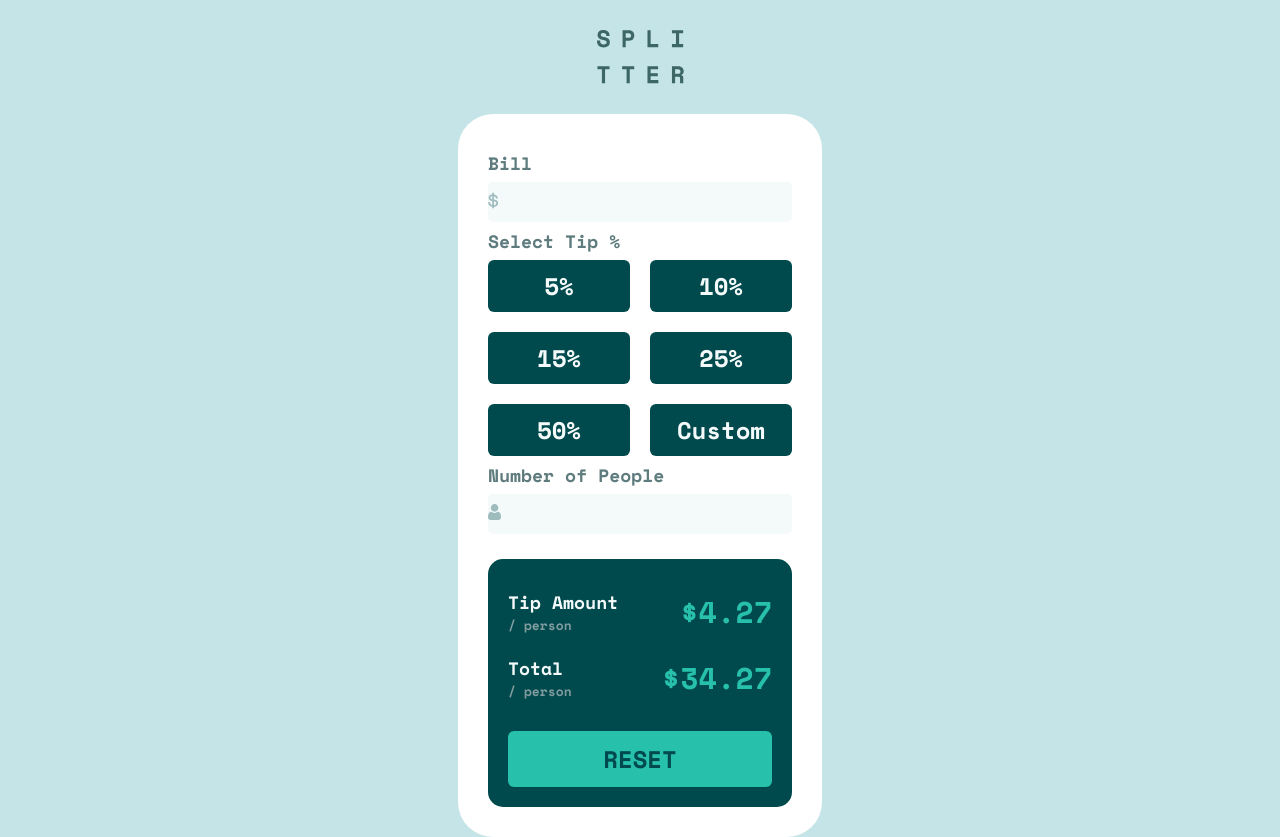
Repository: tomas938/tipcalculator
Page: /
These files come from the project's save history. The page is drawn as it stood at one moment and after the next save; the edit follows.
The browser window is 1280 px wide. The pictures show the whole page.
The project was rebuilt for these pictures with package versions that can differ from the ones it lists, and the page was loaded fresh each time.

Above is the page before, as saved 2021-08-04 10:46:30.

### public/index.html
<!DOCTYPE html>
<html lang="">
	<head>
		<meta charset="utf-8" />
		<meta http-equiv="X-UA-Compatible" content="IE=edge" />
		<meta name="viewport" content="width=device-width,initial-scale=1.0" />
		<link rel="icon" href="<%= BASE_URL %>favicon.ico" />
		<link
			href="https://fonts.googleapis.com/icon?family=Material+Icons"
			rel="stylesheet"
		/>
		<title><%= htmlWebpackPlugin.options.title %></title>
	</head>
	<body>
		<noscript>
			<strong
				>We're sorry but <%= htmlWebpackPlugin.options.title %> doesn't work
				properly without JavaScript enabled. Please enable it to
				continue.</strong
			>
		</noscript>
		<div id="app"></div>
		<!-- built files will be auto injected -->
	</body>
</html>

### src/App.vue
<template>
	<router-view />
</template>

<style lang="scss">
@import url("https://fonts.googleapis.com/css2?family=Space+Mono:wght@400;700&display=swap");
$strong-cyan: hsl(172, 67%, 45%);
$dark-cyan: hsl(186, 14%, 43%);
$grayish-cyan: hsl(184, 14%, 43%);
$lower-grayish-cyan: hsl(184, 14%, 56%);
$light-grayish-cyan: hsl(185, 41%, 84%);
$lighter-grayish-cyan: hsl(189, 41%, 97%);
$white: hsl(0, 0%, 100%);
* {
	margin: 0;
	padding: 0;
	box-sizing: border-box;
	font-family: "Space Mono", monospace;
	font-size: 2.4rem;
}
body {
	background-color: hsl(185, 41%, 84%);
}
html {
	font-size: 62.5%;
	@media only screen and (max-width: 760px) {
		font-size: 130.5%;
	}
}
</style>

### src/views/Home.vue
<template>
	<div class="logo">
		<splitter></splitter>
	</div>
</template>

<script>
import Splitter from "../components/Splitter.vue";
export default {
	name: "Home",
	components: {
		Splitter,
	},
};
</script>
<style lang="scss" scoped></style>

### src/components/Splitter.vue
<template>
	<div class="splitter">
		<svg xmlns="http://www.w3.org/2000/svg" width="87" height="54">
			<path
				fill="#3D6666"
				d="M6.72 17.472c.944 0 1.792-.12 2.544-.36s1.392-.584 1.92-1.032a4.476 4.476 0 001.212-1.62c.28-.632.42-1.34.42-2.124v-.288c0-1.472-.464-2.584-1.392-3.336-.928-.752-2.272-1.288-4.032-1.608a14.615 14.615 0 01-1.74-.408c-.456-.144-.824-.308-1.104-.492-.28-.184-.476-.392-.588-.624a1.771 1.771 0 01-.168-.78c0-.56.232-1.004.696-1.332.464-.328 1.096-.492 1.896-.492.944 0 1.676.248 2.196.744.52.496.78 1.08.78 1.752v.576h3.168v-.864a5 5 0 00-.396-1.968 4.762 4.762 0 00-1.176-1.656C10.436 1.08 9.792.7 9.024.42 8.256.14 7.376 0 6.384 0c-.88 0-1.676.12-2.388.36s-1.32.576-1.824 1.008c-.504.432-.896.94-1.176 1.524-.28.584-.42 1.22-.42 1.908v.144c0 .832.144 1.536.432 2.112a3.978 3.978 0 001.212 1.44c.52.384 1.132.692 1.836.924.704.232 1.48.42 2.328.564.64.112 1.168.248 1.584.408.416.16.744.34.984.54s.408.424.504.672c.096.248.144.508.144.78 0 .576-.232 1.072-.696 1.488-.464.416-1.176.624-2.136.624-1.232 0-2.14-.3-2.724-.9-.584-.6-.876-1.404-.876-2.412v-.576H0v.72c0 .88.144 1.692.432 2.436a5.47 5.47 0 001.272 1.944c.56.552 1.26.984 2.1 1.296.84.312 1.812.468 2.916.468zm22-.336V10.8h3.408c.864 0 1.616-.144 2.256-.432a4.707 4.707 0 001.596-1.14 4.833 4.833 0 00.96-1.608c.216-.6.324-1.212.324-1.836v-.576c0-.608-.108-1.204-.324-1.788a4.625 4.625 0 00-.96-1.56A4.737 4.737 0 0034.384.756c-.64-.28-1.392-.42-2.256-.42h-6.576v16.8h3.168zm3.096-9.36H28.72V3.36h3.096c.704 0 1.26.192 1.668.576.408.384.612.88.612 1.488v.288c0 .608-.204 1.104-.612 1.488-.408.384-.964.576-1.668.576zm29.464 9.36v-3.024h-7.632V.336H50.48v16.8h10.8zm24.88 0v-3.024h-4.032V3.36h4.032V.336H74.928V3.36h4.032v10.752h-4.032v3.024H86.16zm-78.096 36V39.36h4.464v-3.024H.432v3.024h4.464v13.776h3.168zm24.688 0V39.36h4.464v-3.024H25.12v3.024h4.464v13.776h3.168zm28.624 0v-3.024h-7.728v-3.888H60.8V43.2h-7.152v-3.84h7.44v-3.024H50.48v16.8h10.896zm16.744 0V46.8h3.648c.464 0 .796.12.996.36.2.24.3.552.3.936v5.04h3.168v-5.808c0-.56-.164-1.024-.492-1.392-.328-.368-.772-.584-1.332-.648v-.432c.768-.32 1.336-.78 1.704-1.38a3.63 3.63 0 00.552-1.932v-.576c0-.64-.116-1.24-.348-1.8a4.332 4.332 0 00-1.008-1.476c-.44-.424-.988-.756-1.644-.996-.656-.24-1.416-.36-2.28-.36h-6.432v16.8h3.168zm3.024-9.36H78.12V39.36h3.024c.768 0 1.352.204 1.752.612.4.408.6.892.6 1.452v.288c0 .656-.2 1.164-.6 1.524-.4.36-.984.54-1.752.54z"
			/>
		</svg>
		<div class="calculator">
			<h3>Bill</h3>
			<div class="people">
				<input type="text" />
				<svg xmlns="http://www.w3.org/2000/svg" width="11" height="17">
					<path
						fill="#9EBBBD"
						d="M6.016 16.328v-1.464c1.232-.08 2.22-.444 2.964-1.092.744-.648 1.116-1.508 1.116-2.58v-.144c0-.992-.348-1.772-1.044-2.34-.696-.568-1.708-.932-3.036-1.092V4.184c.56.144 1.012.4 1.356.768.344.368.516.816.516 1.344v.288h1.824v-.432c0-.448-.088-.876-.264-1.284a3.783 3.783 0 00-.744-1.116A4.251 4.251 0 007.54 2.9a5.324 5.324 0 00-1.524-.492V.872H4.288V2.36a5.532 5.532 0 00-1.416.324c-.448.168-.84.392-1.176.672-.336.28-.604.616-.804 1.008-.2.392-.3.844-.3 1.356v.144c0 .96.316 1.708.948 2.244.632.536 1.548.884 2.748 1.044v3.912c-.704-.16-1.248-.472-1.632-.936-.384-.464-.576-1.08-.576-1.848v-.288H.256v.576c0 .464.08.924.24 1.38.16.456.404.88.732 1.272.328.392.744.728 1.248 1.008s1.108.476 1.812.588v1.512h1.728zM4.288 7.424c-.688-.128-1.164-.332-1.428-.612-.264-.28-.396-.644-.396-1.092 0-.464.176-.832.528-1.104.352-.272.784-.448 1.296-.528v3.336zm1.728 5.712V9.344c.768.128 1.328.328 1.68.6.352.272.528.688.528 1.248 0 .544-.196.984-.588 1.32-.392.336-.932.544-1.62.624z"
					/>
				</svg>
			</div>
			<h3>Select Tip %</h3>
			<div class="calculator__grid">
				<div class="calculator__grid__item item-1"><p>5%</p></div>
				<div class="calculator__grid__item item-2"><p>10%</p></div>
				<div class="calculator__grid__item item-3"><p>15%</p></div>
				<div class="calculator__grid__item item-4"><p>25%</p></div>
				<div class="calculator__grid__item item-5"><p>50%</p></div>
				<div class="calculator__grid__item item-6"><p>Custom</p></div>
			</div>
			<h3>Number of People</h3>
			<div class="people">
				<input type="text" />
				<svg xmlns="http://www.w3.org/2000/svg" width="13" height="16">
					<path
						fill="#9EBBBD"
						d="M9.573 7.729c.406 0 .784.07 1.126.209.342.14.639.33.881.569.232.227.438.503.614.82a5.1 5.1 0 01.407.949c.097.312.178.654.242 1.016.062.359.105.699.126 1.011.02.307.031.624.031.945 0 .836-.259 1.512-.768 2.01-.504.492-1.17.742-1.98.742H2.748c-.81 0-1.477-.25-1.98-.742C.259 14.76 0 14.084 0 13.248c0-.322.01-.64.032-.945.02-.312.063-.652.126-1.01.063-.363.144-.705.242-1.017.1-.323.238-.643.407-.948.176-.318.382-.594.613-.821.243-.238.54-.43.882-.57.342-.138.72-.208 1.125-.208.16 0 .313.067.61.265.183.123.397.264.636.421.204.134.48.259.822.372.333.11.671.167 1.005.167a3.19 3.19 0 001.006-.167c.341-.113.618-.238.822-.372l.636-.42c.296-.2.45-.266.61-.266zM6.598 0C7.63 0 8.522.38 9.252 1.129s1.1 1.666 1.1 2.724c0 1.06-.37 1.976-1.1 2.725-.73.75-1.623 1.13-2.654 1.13-1.03 0-1.924-.38-2.653-1.13-.73-.749-1.1-1.666-1.1-2.725 0-1.058.37-1.975 1.1-2.724C4.675.379 5.567 0 6.598 0z"
					/>
				</svg>
			</div>
			<div class="calculator__result">
				<div class="result">
					<div class="information">
						<p>Tip Amount</p>
						<span>/ person</span>
					</div>
					<div class="price">
						<p>$4.27</p>
					</div>
				</div>
				<div class="result">
					<div class="information">
						<p>Total</p>
						<span>/ person</span>
					</div>
					<div class="price">
						<p>$34.27</p>
					</div>
				</div>
				<div class="result"></div>
				<button>Reset</button>
			</div>
		</div>
	</div>
</template>

<script>
export default {};
</script>

<style lang="scss" scoped>
.splitter {
	display: flex;
	flex-direction: column;
	align-items: center;
}
.calculator {
	background-color: hsl(0, 0%, 100%);
	padding: 3rem;
	border-radius: 3.5rem;
	&__grid {
		display: grid;
		grid-gap: 2rem;
		grid-template-columns: repeat(2, 1fr);
		grid-template-rows: repeat(3, 1fr);
		color: hsl(189, 41%, 97%);
		font-weight: 700;
		text-align: center;
		cursor: pointer;
	}
	&__grid__item {
		width: 100%;
		margin: auto;
		padding: 8px 0;
		border-radius: 6px;
		background-color: hsl(183, 100%, 15%);
		&:hover {
			transition: all 0.3s ease-in-out;
			background-color: hsl(172, 67%, 45%);
			color: hsl(183, 100%, 15%);
		}
	}
	&__result {
		margin-top: 2.5rem;
		display: flex;
		flex-direction: column;
		border-radius: 1.5rem;
		padding: 2rem;
		background-color: hsl(183, 100%, 15%);
		font-weight: 700;
		.result {
			display: flex;
			justify-content: space-between;
			padding: 10px 0;
			p {
				font-size: 1.8rem;
				color: hsl(189, 41%, 97%);
			}
			span {
				font-size: 1.3rem;
				color: hsl(184, 14%, 56%);
			}
		}
		.information {
			display: flex;
			flex-direction: column;
		}
		.price {
			p {
				color: hsl(172, 67%, 45%);
				font-size: 3rem;
			}
		}
		button {
			border-radius: 6px;
			padding: 1rem 0;
			font-weight: 700;
			color: hsl(183, 100%, 15%);
			text-transform: uppercase;
			background-color: hsl(172, 67%, 45%);
			cursor: pointer;
			outline: none;
			border: none;
		}
		button:hover,
		button:active {
			transition: 0.3s ease-in-out;
			background-color: hsl(185, 41%, 84%);
		}
	}
}
svg {
	margin: 3rem 0;
}
input {
	border-radius: 5px;
	border: 2px solid transparent;
	outline: none;
	background-color: hsl(189, 41%, 97%);
	text-align: right;
	&:focus,
	&:active {
		border: 2px solid hsl(172, 67%, 45%);
	}
	&::placeholder {
		color: hsl(184, 14%, 56%);
		text-align: left;
	}
}
h3 {
	margin: 6px 0;
	font-size: 1.8rem;
	color: hsl(184, 14%, 43%);
	font-weight: 700;
}
.people {
	position: relative;
	display: flex;
	align-items: center;

	svg {
		width: 2rem;
		height: 2rem;
		margin: 0;
		position: absolute;
	}
}
</style>

Loaded but not shown: src/main.js (common file); src/router/index.js (common file)

After the next save:
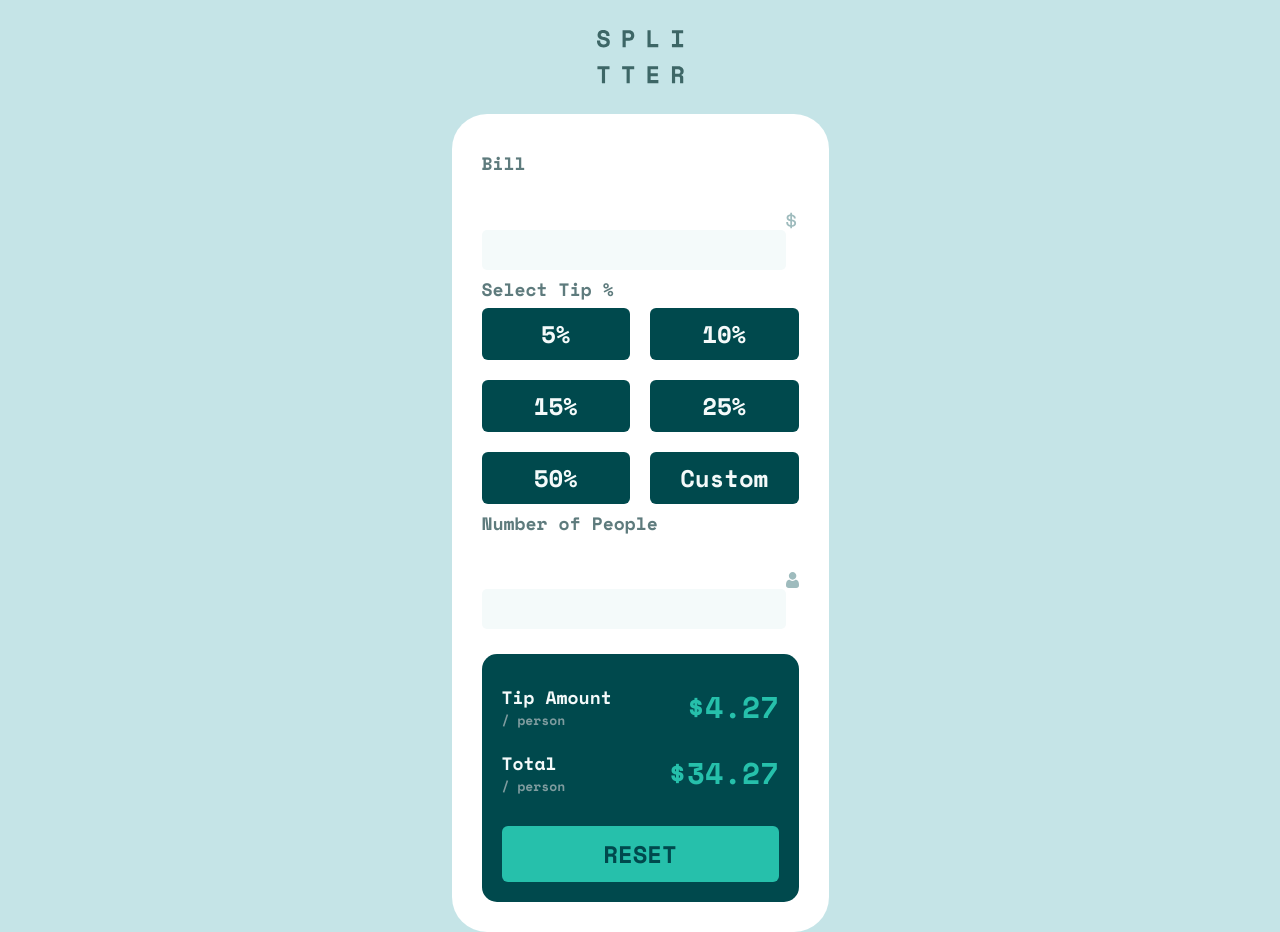
Saved 21 s later.
--- a/src/components/Splitter.vue
+++ b/src/components/Splitter.vue
@@ -8,7 +8,7 @@
 		</svg>
 		<div class="calculator">
 			<h3>Bill</h3>
-			<div class="people">
+			<div class="input-wrapper">
 				<input type="text" />
 				<svg xmlns="http://www.w3.org/2000/svg" width="11" height="17">
 					<path
@@ -27,7 +27,7 @@
 				<div class="calculator__grid__item item-6"><p>Custom</p></div>
 			</div>
 			<h3>Number of People</h3>
-			<div class="people">
+			<div class="input-wrapper">
 				<input type="text" />
 				<svg xmlns="http://www.w3.org/2000/svg" width="13" height="16">
 					<path

After the 2 saves that followed:
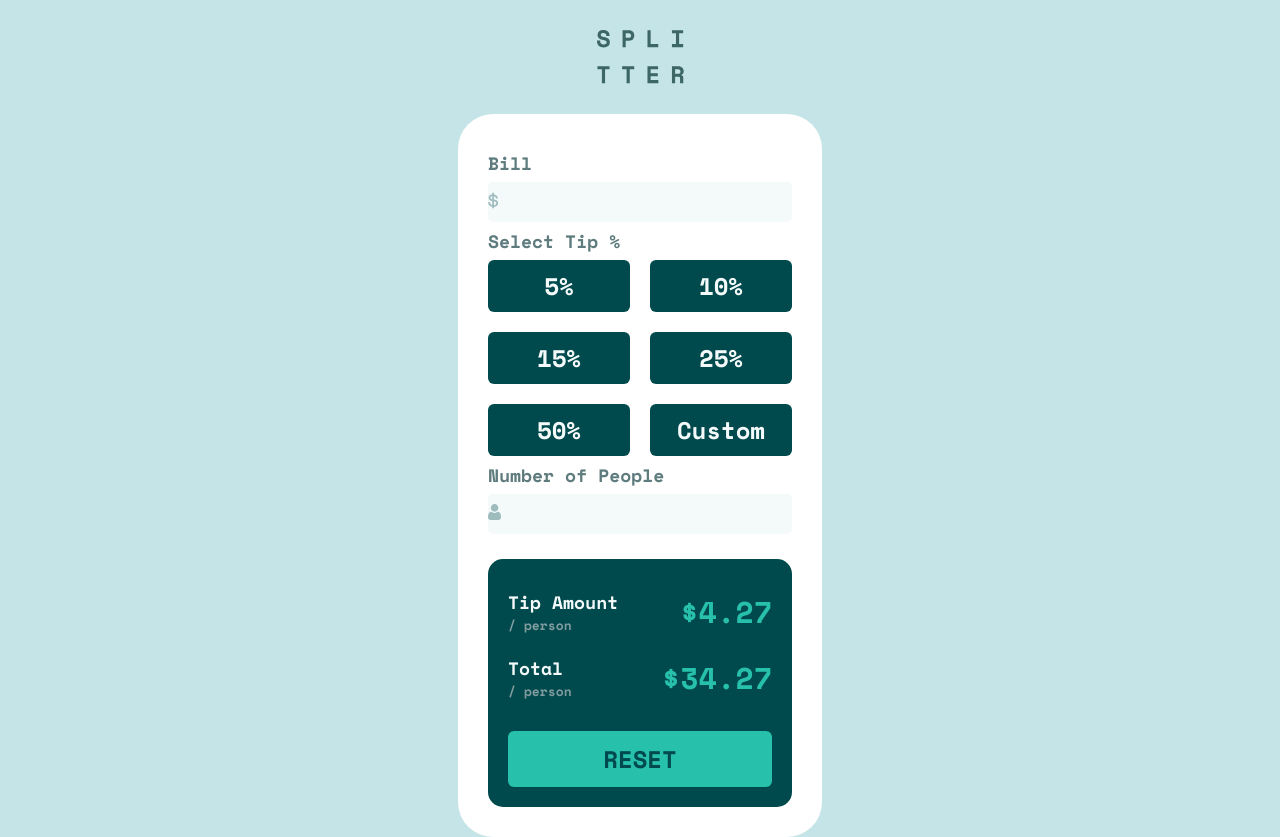
The 2 saves are shown as one change because they came seconds apart.
The last was saved 6 s later.
--- a/src/components/Splitter.vue
+++ b/src/components/Splitter.vue
@@ -171,7 +171,7 @@ h3 {
 	color: hsl(184, 14%, 43%);
 	font-weight: 700;
 }
-.people {
+.input-wrapper {
 	position: relative;
 	display: flex;
 	align-items: center;
